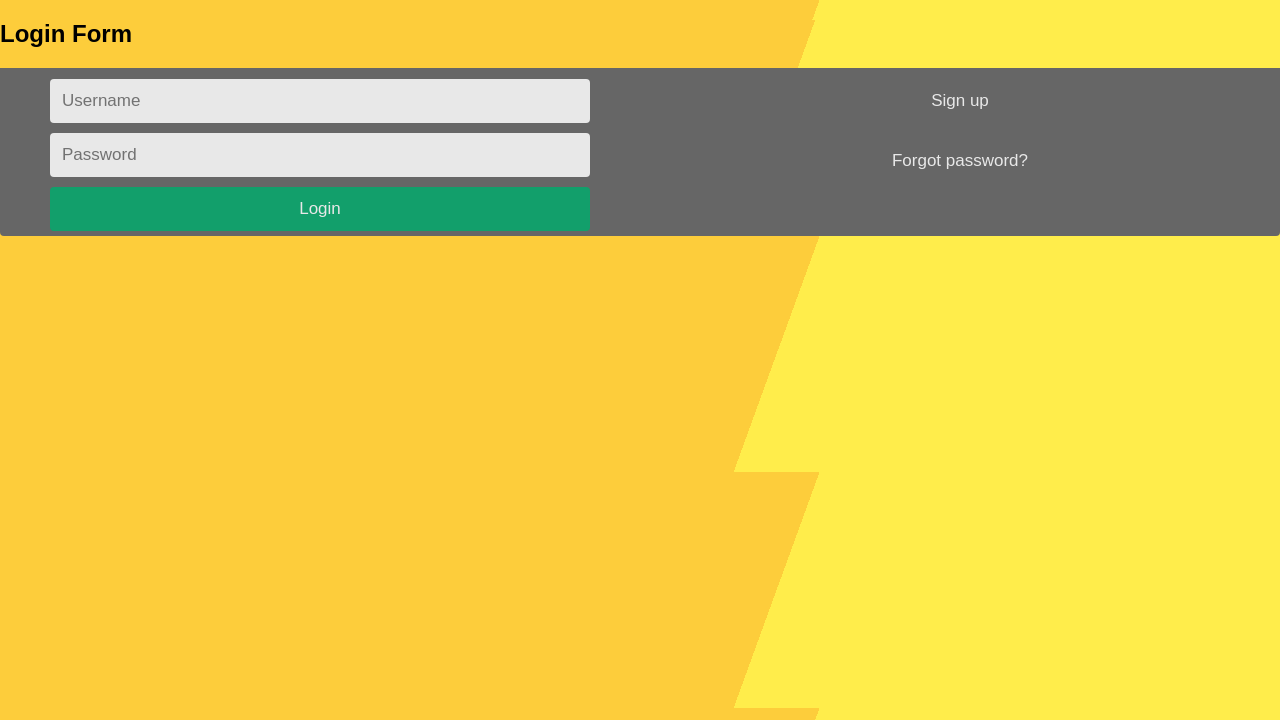
Repository: JohnRudolph1/Movie-Blog
Page: html/login.html
These files come from the project's save history. The page is drawn as it stood at one moment and after the next save; the edit follows.
The browser window is 1280 px wide. The pictures show the whole page.

Above is the page before, as saved 2022-01-03 11:43:02.

After the next save:
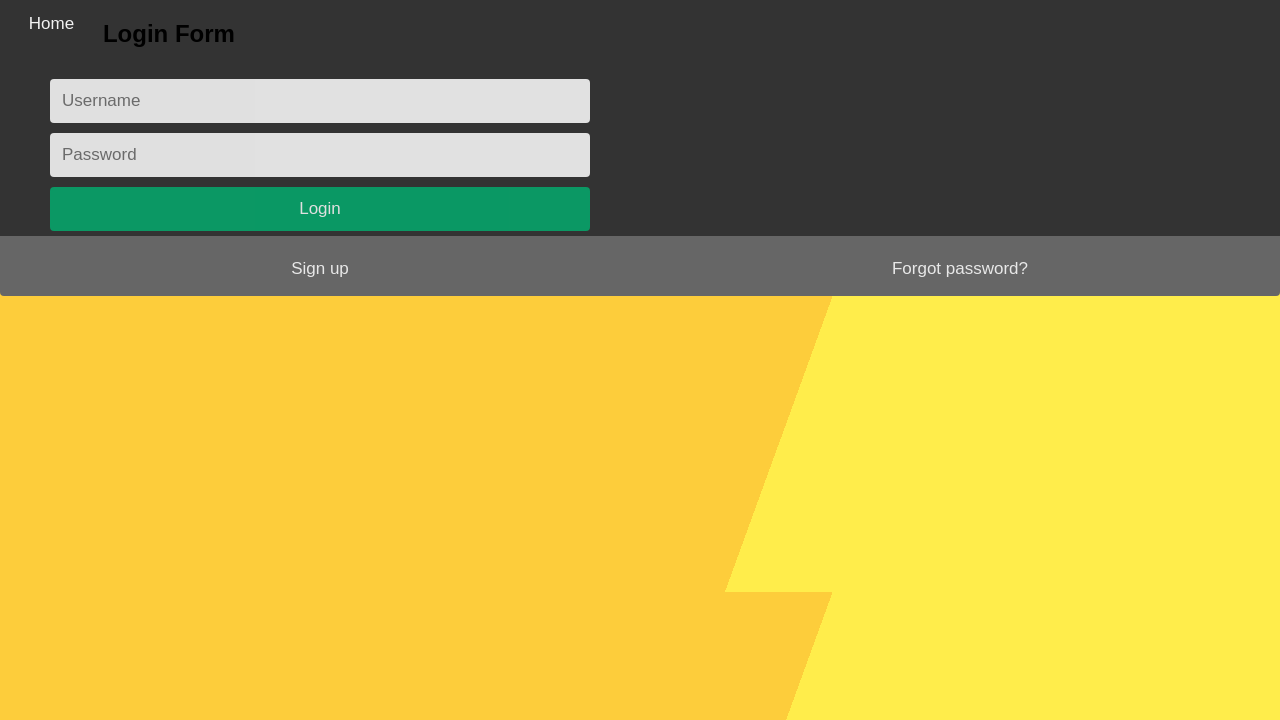
Saved 82 s later.
--- a/html/login.html
+++ b/html/login.html
@@ -7,7 +7,8 @@
 
 </head>
 <body>
-
+    <div class="topnav" id="myTopnav">
+        <a href="/index.html" class="active" title="home">Home</a>
 <h2>Login Form</h2>
       <div class="col">
         <div class="hide-md-lg">

After the save that followed:
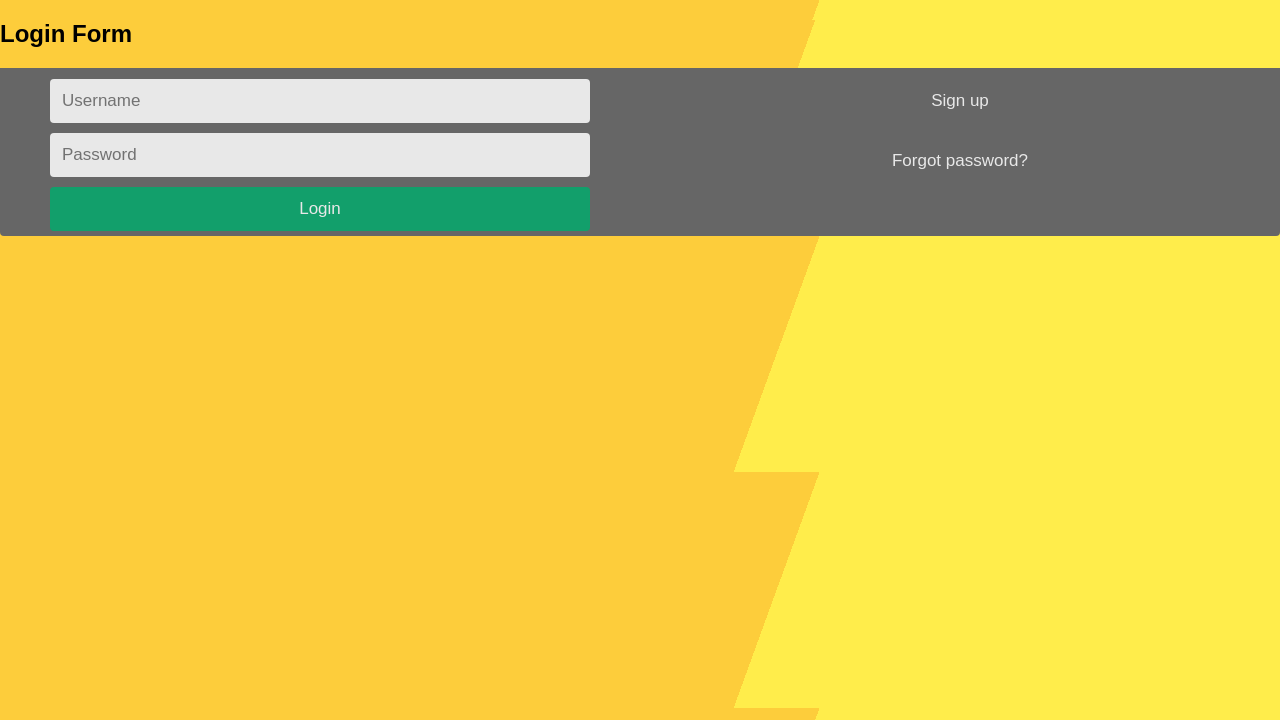
Saved 12 s later.
--- a/html/login.html
+++ b/html/login.html
@@ -7,8 +7,7 @@
 
 </head>
 <body>
-    <div class="topnav" id="myTopnav">
-        <a href="/index.html" class="active" title="home">Home</a>
+
 <h2>Login Form</h2>
       <div class="col">
         <div class="hide-md-lg">
